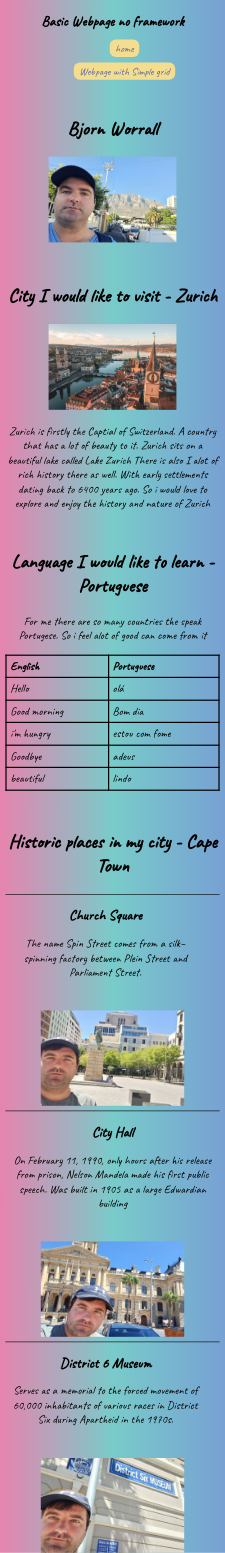
Repository: lasity34/basic-webpage
Page: my - webpage.html
An editor plug-in stored every save of this project. The page is shown before and after the next save, followed by the edit.
The browser window is 375 px wide. The pictures show the whole page, at 60% of full size.

Above is the page before, as saved 2023-03-08 12:55:50.

### my - webpage.html
<!DOCTYPE html>
<html lang="en">
  <link rel="stylesheet" type="text/css" href="styles.css" />
  <link rel="preconnect" href="https://fonts.googleapis.com" />
  <link rel="preconnect" href="https://fonts.gstatic.com" crossorigin />
  <link
    href="https://fonts.googleapis.com/css2?family=Caveat&display=swap"
    rel="stylesheet"
  />
  <!-- <link rel="stylesheet" type="text/css" href="simple-grid.css" /> -->

  <head>
    <meta charset="UTF-8" />
    <meta http-equiv="X-UA-Compatible" content="IE=edge" />
    <meta name="viewport" content="width=device-width, initial-scale=1.0" />
    <title>Basic website</title>
  </head>
  <body>
    <main>
      <header>
        <nav id="nav_profile">
          <h2>Basic Webpage no framework</h2>
          <ul>
            <li><a href="./index.html">home</a></li>
            <li><a href="./my - webpage - grid.html">Webpage with Simple grid</a></li>
          </ul>
        </nav>
      </header>
      <section id="profile_section">
        <h1 id="profile_name">Bjorn Worrall</h1>
          <img
            id="profile_img"
            src="./images/profile.jpg"
            alt="A picture of me with table Mountain at the back"
          />
      </section>
      <section id="city_section">
        <h1>City I would like to visit - Zurich</h1>
        <div id="city_container">
          <img src="./images/zurich.jpg" width="60%" />
          <p>
            Zurich is firstly the Captial of Switzerland. A country that has a lot
            of beauty to it. Zurich sits on a beautiful lake called Lake Zurich
            There is also I alot of rich history there as well. With early
            settlements dating back to 6400 years ago. So i would love to explore
            and enjoy the history and nature of Zurich
          </div>
          </p>
      </section>
      <section id="language">
        <h1>Language I would like to learn - Portuguese</h1>
        <p>
          For me there are so many countries the speak Portugese. So i feel alot
          of good can come from it
        </p>

        <table>
          <tr>
            <th>English</th>
            <th>Portuguese</th>
          </tr>
          <tr>
            <td>Hello</td>
            <td>olá</td>
          </tr>
          <tr>
            <td>Good morning</td>
            <td>Bom dia</td>
          </tr>
          <tr>
            <td>i'm hungry</td>
            <td>estou com fome</td>
          </tr>
          <tr>
            <td>Goodbye</td>
            <td>adeus</td>
          </tr>
          <tr>
            <td>beautiful</td>
            <td>lindo</td>
          </tr>
        </table>
      </section>
      <section id="historic_places">
        <h1>Historic places in my city - Cape Town</h1>
        <div id="places_grid">
          <div class="places_container">
            <div class="places_info">
              <h2>Church Square</h2>
              <p>
                The name Spin Street comes from a silk–spinning factory between
                Plein Street and Parliament Street.
              </p>
            </div>
            <img src="./images/church_square.jpg" />
          </div>
          <div class="places_container">
            <img src="./images/city_hall.jpg" />
            <div id="places_info_hall">
              <h2>City Hall</h2>

              <p>
                On February 11, 1990, only hours after his release from prison,
                Nelson Mandela made his first public speech. Was built in 1905
                as a large Edwardian building
              </p>
            </div>
          </div>
          <div class="places_container">
            <div class="places_info">
              <h2>District 6 Museum</h2>
              <p>
                Serves as a memorial to the forced movement of 60,000
                inhabitants of various races in District Six during Apartheid in
                the 1970s.
              </p>
            </div>
            <img src="./images/district_6.jpg" />
          </div>
        </div>
      </section>
    </main>
  </body>
</html>

### styles.css
/* global */

* {
  font-family: "Caveat", "Arial Narrow", Arial, sans-serif;

}

body,
html {
  width: 100%;
  height: 100%;
  margin: 0;
  background: #77A1D3;  /* fallback for old browsers */
  background: -webkit-linear-gradient(to right, #E684AE, #79CBCA, #77A1D3);  /* Chrome 10-25, Safari 5.1-6 */
  background: linear-gradient(to right, #E684AE, #79CBCA, #77A1D3); /* W3C, IE 10+/ Edge, Firefox 16+, Chrome 26+, Opera 12+, Safari 7+ */
  padding: 0;

}



main {
  max-width: 95%;
  margin: 1rem auto;
}

li {
  list-style: none;
}

ul {
  width: 60%;
}

p {
  font-size: 1.2rem;
}

h1 {
  font-size: 2rem;
}

h2 {
  text-align: center;
}

section {
  margin-top: 4rem;
  text-align: center;
}

/* profile */

#profile_name {
  font-size: 2rem;
  text-align: center;
}

#img_container {
  text-align: center;
}

#profile_img {
  width: 60%;
}

/* language */

table {
  margin: auto;
  border-collapse: collapse;
  border-spacing: 0;
}

td,
th {
  border: 2px solid black;
  padding: 0.3em;
  width: 1%;
  text-align: left;
  font-size: 1.2rem;
}

/* historic places */

.places_container {
  display: grid;
  grid-template-columns: 40% 50%;
  padding: 0.5em;
  justify-content: space-around;
}

.places_info {
  padding-right: 1.5em;
  text-align: center;
}

#places_info_hall {
  padding-left: 1.5em;
}

.places_container img {
  width: 100%;
  margin: auto;
}

#nav_profile ul, #nav_profile {
  display: flex;
}

/* max-width 567px */

@media (max-width: 567px) {
  .places_container {
    display: flex;
    flex-direction: column;
    margin: 0.5em 0;
    padding: 0 0.5em;
    border-top: 1px black solid;
  }

  .places_container img {
    width: 70%;
  }

  #places_info_hall {
    order: -1;
    padding-left: 0;
  }

  .places_info,
  #places_info_hall {
    margin-bottom: 2em;
  }


}

@media (max-width: 719px) {
  #nav_profile {
    display: block;
  }

  #nav_profile ul {
    display: block;
    margin: 0 auto;
  }

  #nav_profile li {
    margin-top: 1em;
    text-align: center;
  }

  #nav_profile a {
    font-size: 1.1rem;
  }

  #nav_profile h4 {
    text-align: center;
  }
}



/* min-width 1010px */

@media (min-width: 1010px) {
  main {
    max-width: 95%;
  }

  #profile_section {
    display: grid;
    grid-template-columns: 50% 40%;
  }

  h1 {
    text-align: left;
  }

  p,
  .places_info,
  #places_info_hall {
    margin: auto 0;
  }

  #city_container {
    display: grid;
    justify-content: space-around;
    grid-template-columns: 30% 50%;
  }

  #places_grid {
    display: grid;
    grid-template-columns: 33% 33% 33%;
  }

  #places_info_hall {
    order: -1;
  }

  .places_container {
    grid-template-columns: 60% 35%;
  }
}

/* landing page */

#landing_title {
  text-align: center;
color: rgb(111, 65, 8);
font-size: 3rem;
background-color: rgba(255, 255, 255, 0.2);
}



#nav_landing {
  height: 80vh;
  display: flex;
  justify-content: space-around;
  align-items: center;
}

#nav_landing ul {
  display: flex;
  justify-content: space-around;
  align-content: center;
  height: 13vh;
}

a:hover {
  background-color: black;
  color: green;
}

a:hover {
  color: green;
}

a {
  text-decoration: none;
  background-color: #f5dd90;
  color: #586ba4;
  width: 80%;
  padding: 0.2em 0.5em;
  margin: 1em 0.5em;
  font-size: 1.5rem;
  border-radius: 10px;
  height: 8vh;
}

#whole_body {
  background-color: rgba(18, 16, 16, 1);
  background-image: url(./images/landing.jpg);
  background-size: cover;
  background-repeat: no-repeat;
  background-position: center center;
 margin: 0;

}

After the next save:
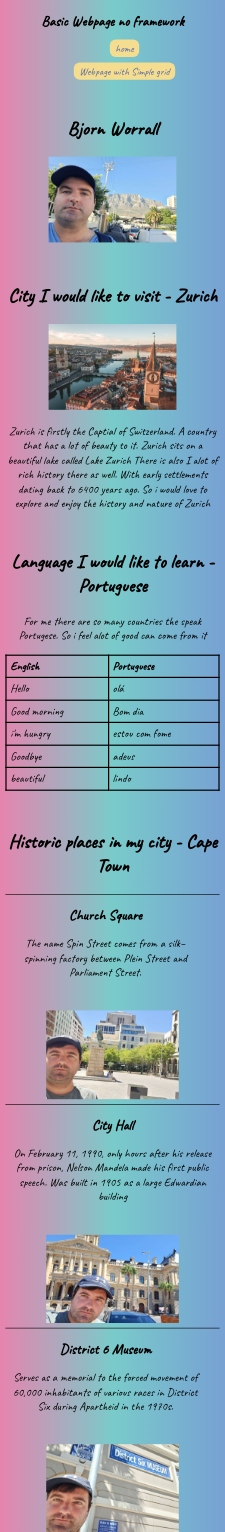
Saved 11 s later.
--- a/styles.css
+++ b/styles.css
@@ -120,7 +120,7 @@ th {
   }
 
   .places_container img {
-    width: 70%;
+    width: 65%;
   }
 
   #places_info_hall {
